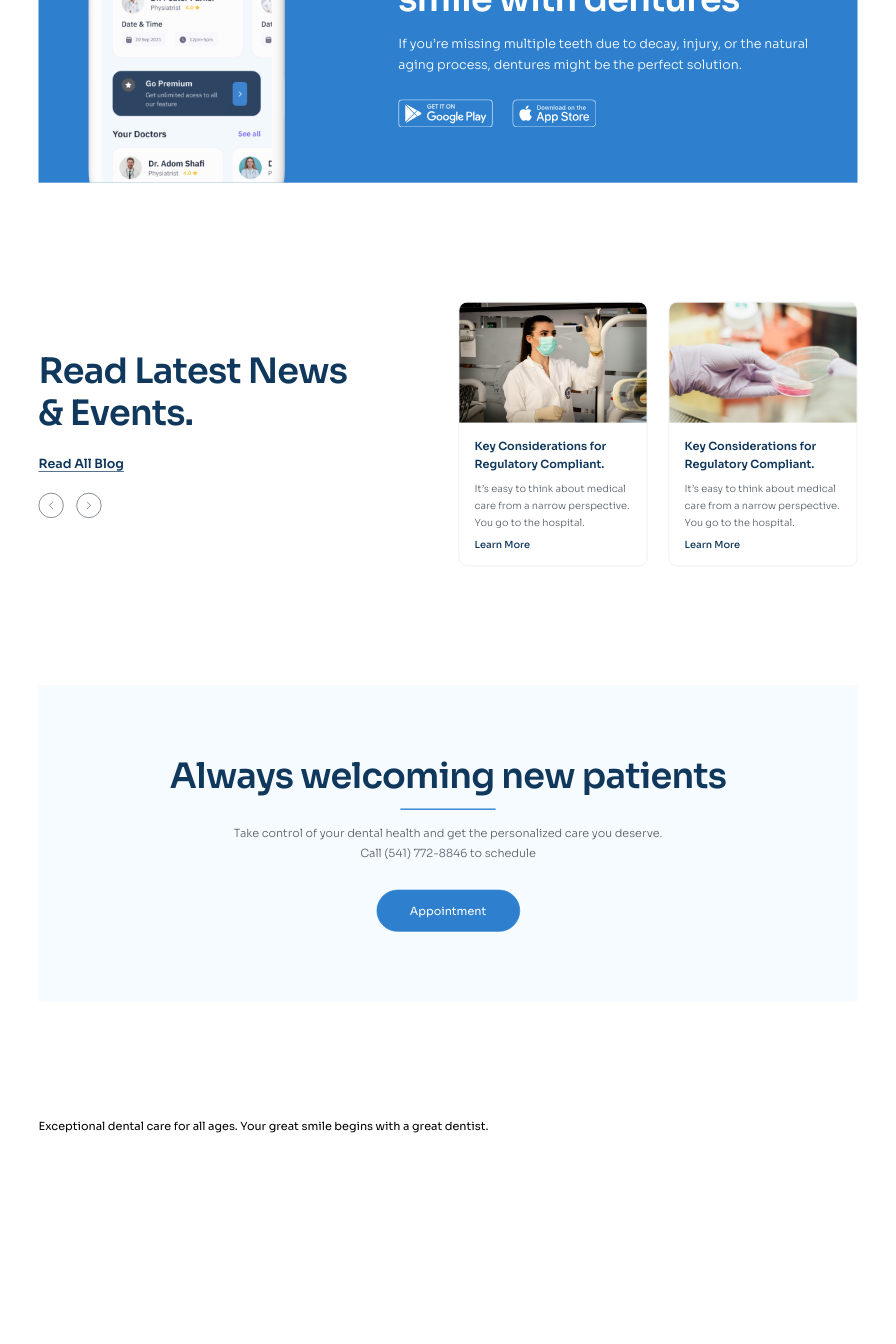
Repository: han2003dz/f8-project-03
Page: index.html
The author's editor kept a copy of each file at every save. The page is drawn from the files as they stood at one save, then again after the next save.
The browser window is 1280 px wide. The pictures show the part of the page from y = 4580 to 6500 px (the page is 8000 px tall), at 70% of full size.

Above is the page before, as saved 2023-05-09 00:02:31.

### index.html
<!DOCTYPE html>
<html lang="en">

<head>
    <meta charset="UTF-8">
    <meta http-equiv="X-UA-Compatible" content="IE=edge">
    <meta name="viewport" content="width=device-width, initial-scale=1.0">
    <title>Shine Smile</title>
    <!-- favicon -->
    <link rel="apple-touch-icon" sizes="57x57" href="./assets/favicon/apple-icon-57x57.png">
    <link rel="apple-touch-icon" sizes="60x60" href="./assets/favicon/apple-icon-60x60.png">
    <link rel="apple-touch-icon" sizes="72x72" href="./assets/favicon/apple-icon-72x72.png">
    <link rel="apple-touch-icon" sizes="76x76" href="./assets/favicon/apple-icon-76x76.png">
    <link rel="apple-touch-icon" sizes="114x114" href="./assets/favicon/apple-icon-114x114.png">
    <link rel="apple-touch-icon" sizes="120x120" href="./assets/favicon/apple-icon-120x120.png">
    <link rel="apple-touch-icon" sizes="144x144" href="./assets/favicon/apple-icon-144x144.png">
    <link rel="apple-touch-icon" sizes="152x152" href="./assets/favicon/apple-icon-152x152.png">
    <link rel="apple-touch-icon" sizes="180x180" href="./assets/favicon/apple-icon-180x180.png">
    <link rel="icon" type="image/png" sizes="192x192" href="./assets/favicon/android-icon-192x192.png">
    <link rel="icon" type="image/png" sizes="32x32" href="./assets/favicon/favicon-32x32.png">
    <link rel="icon" type="image/png" sizes="96x96" href="./assets/favicon/favicon-96x96.png">
    <link rel="icon" type="image/png" sizes="16x16" href="./assets/favicon/favicon-16x16.png">
    <link rel="manifest" href="./assets/favicon/manifest.json">
    <meta name="msapplication-TileColor" content="#ffffff">
    <meta name="msapplication-TileImage" content="./assets/favicon/ms-icon-144x144.png">
    <meta name="theme-color" content="#ffffff">
    <!-- embed font -->
    <link rel="preconnect" href="https://fonts.googleapis.com">
    <link rel="preconnect" href="https://fonts.gstatic.com" crossorigin>
    <link href="https://fonts.googleapis.com/css2?family=Sora:wght@300;400;500;600;700&display=swap" rel="stylesheet">
    <!-- my css -->
    <link rel="stylesheet" href="/assets/css/reset.css">
    <link rel="stylesheet" href="/assets/css/style.css">
</head>

<body style="height: 8000px;">
    <header class="header">
        <div class="container">
            <!-- nav -->
            <div class="navigation">
                <a href="#!">
                    <div class="logo">
                        <span class="logo__circle"></span>
                        <span class="logo__text">
                            <span class="logo__brand">shine</span>
                            <span class="logo__brand logo__brand--small">smile</span>
                        </span>
                    </div>
                </a>
                <nav class="navbar">
                    <ul class="nav__list">
                        <li class="nav__item">
                            <a href="#!" class="nav__link nav__link--active">Home</a>
                        </li>
                        <li class="nav__item">
                            <a href="#!" class="nav__link">Services</a>
                        </li>
                        <li class="nav__item">
                            <a href="#!" class="nav__link">About</a>
                        </li>
                        <li class="nav__item">
                            <a href="#!" class="nav__link">Doctors</a>
                        </li>
                    </ul>
                </nav>
                <!-- action -->
                <div class="header-action">
                    <a href="#!" class="header-action__login">Log In</a>
                    <button href="#!" class="header-action__sign-up btn">Sign Up</button>
                </div>
            </div>
            <!-- hero -->
            <section class="hero">
                <!-- hero content -->
                <div class="hero__content">
                    <h1 class="hero__heading">Exceptional dental care for all ages.</h1>
                    <p class="hero__desc">Exceptional dental care for all ages. Your great smile begins with a great
                        dentist.</p>
                    <div class="hero__row">
                        <a href="#!" class="btn hero__btn">Book Online</a>
                        <span class="hero__phone">or call (123) 456-7890</span>
                    </div>
                </div>
                <div class="hero__media">
                    <figure class="hero__images">
                        <img src="./assets/img/img1__hero.jpg" alt="" class="hero__img">
                        <img src="./assets/img/img2__hero.jpg" alt="" class="hero__img">
                    </figure>
                </div>

            </section>
        </div>
    </header>
    <main>
        <!-- service -->
        <div class="service">
            <div class="container">
                <h2 class="section-heading">Our services</h2>
                <p class="section-desc">Exceptional dental care for all ages. Your great smile begins with a great
                    dentist.</p>
                <div class="service__row">
                    <figure>
                        <img src="./assets/img/service-img3.jpg" alt="" class="service__img">
                    </figure>
                    <div>
                        <div class="service__list">
                            <!-- item 1 -->
                            <section class="service-item">
                                <div class="service-item__icon">
                                    <!-- icon -->
                                    <svg width="22" height="24" viewBox="0 0 22 24" fill="none"
                                        xmlns="http://www.w3.org/2000/svg">
                                        <path
                                            d="M20.3598 2.63964C17.9506 -0.556131 14.2772 -0.568132 11.2481 1.10682C11.001 1.24657 10.7219 1.31411 10.4406 1.30222C10.1592 1.29033 9.88633 1.19945 9.65105 1.03931C8.49552 0.245717 7.29036 -0.316477 5.13904 0.207462C0.623408 1.3071 0 4.90379 0 8.99816C0.0797353 12.1602 0.500857 15.3032 1.25551 18.3683C2.11836 22.0168 3.90382 24 5.43354 24C6.96326 24 7.00963 22.2204 7.00963 20.8016C7.00963 19.2009 7.39505 14.8009 10.8642 14.8009C13.5317 14.8009 14.3333 18.4013 14.3333 20.8016C14.3329 23.095 15.1722 24 16.6628 24C19.5267 24 20.9796 15.3938 21.3719 13.1237C21.7642 10.8535 22.9882 6.12569 20.3598 2.63964Z"
                                            fill="currentColor" />
                                    </svg>
                                </div>
                                <div class="service-item__body">
                                    <h3 class="service-item__heading">Oral Surgery</h3>
                                    <p class="service-item__desc">
                                        Everything you expect and then some. Cleanings, fillings, and x-rays.
                                    </p>
                                </div>
                            </section>
                            <!-- item 2 -->
                            <section class="service-item">
                                <div class="service-item__icon">
                                    <!-- icon -->
                                    <svg width="22" height="24" viewBox="0 0 22 24" fill="none"
                                        xmlns="http://www.w3.org/2000/svg">
                                        <path
                                            d="M20.3598 2.63964C17.9506 -0.556131 14.2772 -0.568132 11.2481 1.10682C11.001 1.24657 10.7219 1.31411 10.4406 1.30222C10.1592 1.29033 9.88633 1.19945 9.65105 1.03931C8.49552 0.245717 7.29036 -0.316477 5.13904 0.207462C0.623408 1.3071 0 4.90379 0 8.99816C0.0797353 12.1602 0.500857 15.3032 1.25551 18.3683C2.11836 22.0168 3.90382 24 5.43354 24C6.96326 24 7.00963 22.2204 7.00963 20.8016C7.00963 19.2009 7.39505 14.8009 10.8642 14.8009C13.5317 14.8009 14.3333 18.4013 14.3333 20.8016C14.3329 23.095 15.1722 24 16.6628 24C19.5267 24 20.9796 15.3938 21.3719 13.1237C21.7642 10.8535 22.9882 6.12569 20.3598 2.63964Z"
                                            fill="currentColor" />
                                    </svg>
                                </div>
                                <div class="service-item__body">
                                    <h3 class="service-item__heading">Wisdom Teeth Removal</h3>
                                    <p class="service-item__desc">
                                        Everything you expect and then some. Cleanings, fillings, and x-rays.
                                    </p>
                                </div>
                            </section>
                            <!-- item 3 -->
                            <section class="service-item">
                                <div class="service-item__icon">
                                    <!-- icon -->
                                    <svg width="22" height="24" viewBox="0 0 22 24" fill="none"
                                        xmlns="http://www.w3.org/2000/svg">
                                        <path
                                            d="M20.3598 2.63964C17.9506 -0.556131 14.2772 -0.568132 11.2481 1.10682C11.001 1.24657 10.7219 1.31411 10.4406 1.30222C10.1592 1.29033 9.88633 1.19945 9.65105 1.03931C8.49552 0.245717 7.29036 -0.316477 5.13904 0.207462C0.623408 1.3071 0 4.90379 0 8.99816C0.0797353 12.1602 0.500857 15.3032 1.25551 18.3683C2.11836 22.0168 3.90382 24 5.43354 24C6.96326 24 7.00963 22.2204 7.00963 20.8016C7.00963 19.2009 7.39505 14.8009 10.8642 14.8009C13.5317 14.8009 14.3333 18.4013 14.3333 20.8016C14.3329 23.095 15.1722 24 16.6628 24C19.5267 24 20.9796 15.3938 21.3719 13.1237C21.7642 10.8535 22.9882 6.12569 20.3598 2.63964Z"
                                            fill="currentColor" />
                                    </svg>
                                </div>
                                <div class="service-item__body">
                                    <h3 class="service-item__heading">Preventative Dentistry</h3>
                                    <p class="service-item__desc">
                                        Everything you expect and then some. Cleanings, fillings, and x-rays.
                                    </p>
                                </div>
                            </section>
                        </div>
                        <a href="" class="btn service__btn">All Services</a>
                    </div>
                </div>
            </div>
        </div>
        <section class="work">
            <div class="container">
                <h2 class="section-heading heading__work">How it works</h2>
                <p class="section-desc desc__work">Exceptional dental care for all ages. Your great smile begins with a
                    great dentist.
                </p>
                <div class="work__list">
                    <!-- item 1 -->
                    <section class="work-item">
                        <img src="./assets/icon/search.svg" alt="" class="work-item__icon">
                        <h3 class="work-item__heading">Search doctor</h3>
                        <p class="work-item__desc">Search a doctor by education, qualifications or experience-contact
                            for inquiry.
                        </p>
                        <a href="#!" class="learn-more">Learn More</a>
                    </section>
                    <!-- item 2 -->
                    <section class="work-item">
                        <img src="./assets/icon/search-user.svg" alt="" class="work-item__icon">
                        <h3 class="work-item__heading">Find best doctor</h3>
                        <p class="work-item__desc">Search a doctor by education, qualifications or experience-contact
                            for inquiry.
                        </p>
                        <a href="#!" class="learn-more">Learn More</a>
                    </section>
                    <!-- item 3 -->
                    <section class="work-item">
                        <img src="./assets/icon/bag.svg" alt="" class="work-item__icon">
                        <h3 class="work-item__heading">Get treatment</h3>
                        <p class="work-item__desc">Search a doctor by education, qualifications or experience-contact
                            for inquiry.
                        </p>
                        <a href="#!" class="learn-more">Learn More</a>
                    </section>
                </div>
            </div>
        </section>
        <!-- feature -->
        <section class="feature">
            <div class="container">
                <div class="feature-body">
                    <div class="feature__media">
                        <figure class="feature__images">
                            <img src="./assets/img/feature-img1.jpg" alt="" class="feature__img">
                            <img src="./assets/img/feature-img2.jpg" alt="" class="feature__img">
                        </figure>
                    </div>
                    <section class="feature__content">
                        <h2 class="section-heading">Take back your smile with shine.</h2>
                        <p class="section-desc">If you’re missing multiple teeth due to decay, injury, or the natural
                            aging
                            process, dentures might be the perfect solution.
                        </p>
                        <a href="#!" class="btn feature__cta">Learn More</a>
                    </section>
                </div>
            </div>
        </section>
        <section class="member">
            <div class="container">
                <header class="member__header">
                    <h2 class="section-heading member__heading">Our virtual dentist</h2>
                    <a href="#!" class="btn member__cta">Meet our dentist</a>
                </header>
                <div class="member__list">
                    <!-- item 1 -->
                    <article class="member-item">
                        <div class="member-item__img-bg">
                            <img src="./assets/img/dr1.png" alt="Dr. Essence Page" class="member__img">
                        </div>
                        <h3 class="member-item__name">Dr. Essence Page</h3>
                        <p class="member-item__desc">DDS, California - Linda University</p>
                    </article>
                    <!-- item 2 -->
                    <article class="member-item">
                        <div class="member-item__img-bg">
                            <img src="./assets/img/dr2.png" alt="Dr. Essence Page" class="member__img">
                        </div>
                        <h3 class="member-item__name">Dr. Essence Page</h3>
                        <p class="member-item__desc">DDS, California - Linda University</p>
                    </article>
                    <!-- item 3 -->
                    <article class="member-item">
                        <div class="member-item__img-bg">
                            <img src="./assets/img/dr3.png" alt="Dr. Essence Page" class="member__img">
                        </div>
                        <h3 class="member-item__name">Dr. Essence Page</h3>
                        <p class="member-item__desc">DDS, California - Linda University</p>
                    </article>
                    <!-- item 4 -->
                    <article class="member-item">
                        <div class="member-item__img-bg">
                            <img src="./assets/img/dr4.png" alt="Dr. Essence Page" class="member__img">
                        </div>
                        <h3 class="member-item__name">Dr. Essence Page</h3>
                        <p class="member-item__desc">DDS, California - Linda University</p>
                    </article>
                </div>
                <div class="control">
                    <!-- previous -->
                    <button class="control__btn">
                        <svg width="6" height="12" viewBox="0 0 6 12" fill="none" xmlns="http://www.w3.org/2000/svg">
                            <path d="M5.5 1L0.5 6L5.5 11" stroke="currentColor" stroke-linecap="round"
                                stroke-linejoin="round" />
                        </svg>
                    </button>
                    <!-- next -->
                    <button class="control__btn">
                        <svg class="control-next" width="6" height="12" viewBox="0 0 6 12" fill="none"
                            xmlns="http://www.w3.org/2000/svg">
                            <path d="M5.5 1L0.5 6L5.5 11" stroke="currentColor" stroke-linecap="round"
                                stroke-linejoin="round" />
                        </svg>
                    </button>
                </div>
            </div>
        </section>
        <!-- install -->
        <section class="install">
            <div class="container">
                <div class="install__inner">
                    <figure>
                        <img src="./assets/img/install-img.png" alt="" class="install__img">
                    </figure>
                    <div class="install__content">
                        <h2 class="install-heading section-heading">Take back your smile with dentures</h2>
                        <p class="install-desc section-desc">If you’re missing multiple teeth due to decay, injury, or
                            the natural aging process, dentures might be the perfect solution.
                        </p>
                        <div class="install__row">
                            <a href="#!">
                                <img src="./assets/icon/google-play.svg" alt="" class="install__icon">
                            </a>
                            <a href="#!">
                                <img src="./assets/icon/app-store.svg" alt="" class="install__icon">
                            </a>
                        </div>
                    </div>
                </div>
            </div>
        </section>
        <!-- new -->
        <section class="new">
            <div class="container">
                <div class="new__body">
                    <section class="new__content">
                        <h2 class="section-heading">
                            Read Latest News & Events.
                        </h2>
                        <a href="#!" class="new__more">Read All Blog</a>
                        <div class="control">
                            <!-- previous -->
                            <button class="control__btn">
                                <svg width="6" height="12" viewBox="0 0 6 12" fill="none"
                                    xmlns="http://www.w3.org/2000/svg">
                                    <path d="M5.5 1L0.5 6L5.5 11" stroke="currentColor" stroke-linecap="round"
                                        stroke-linejoin="round" />
                                </svg>
                            </button>
                            <!-- next -->
                            <button class="control__btn">
                                <svg class="control-next" width="6" height="12" viewBox="0 0 6 12" fill="none"
                                    xmlns="http://www.w3.org/2000/svg">
                                    <path d="M5.5 1L0.5 6L5.5 11" stroke="currentColor" stroke-linecap="round"
                                        stroke-linejoin="round" />
                                </svg>
                            </button>
                        </div>
                    </section>
                    <div class="new__list">
                        <article class="new-item">
                            <figure>
                                <img src="./assets/img/new-img1.jpg" alt="" class="new-item__img">
                            </figure>
                            <section class="new-item__body">
                                <h4 class="new__item-heading">Key Considerations for Regulatory Compliant.</h4>
                                <p class="new__item-desc">It’s easy to think about medical care from a narrow
                                    perspective. You go to the hospital.</p>
                                <a href="#!" class="new__learn-more">Learn More</a>
                            </section>
                        </article>
                        <article class="new-item">
                            <figure>
                                <img src="./assets/img/new-img2.jpg" alt="" class="new-item__img">
                            </figure>
                            <section class="new-item__body">
                                <h4 class="new__item-heading">Key Considerations for Regulatory Compliant.</h4>
                                <p class="new__item-desc">It’s easy to think about medical care from a narrow
                                    perspective. You go to the hospital.</p>
                                <a href="#!" class="new__learn-more">Learn More</a>
                            </section>
                        </article>
                    </div>
                </div>
            </div>
        </section>
        <!-- appointment -->
        <section class="appointment">
            <div class="container">
                <div class="appointment__inner">
                    <h2 class="appointment-heading section-heading">
                        Always welcoming new patients
                    </h2>
                    <p class="appointment-desc section-desc">Take control of your dental health and get the personalized
                        care you
                        deserve. Call (541) 772-8846 to schedule
                    </p>
                    <a href="#!" class="appointment-btn btn">Appointment</a>
                </div>
            </div>
        </section>
    </main>
    <!-- footer -->
    <footer class="footer">
        <div class="container">
            <div class="footer__row">
                <div class="footer__col">
                    <p class="footer__desc">Exceptional dental care for all ages. Your great smile begins with a great
                        dentist.
                    </p>
                </div>
                <div class="footer__col"></div>
                <div class="footer__col"></div>
                <div class="footer__col"></div>
            </div>
        </div>
    </footer>
    <script src="./assets/app.js"></script>
</body>

</html>

Loaded but not shown: assets/css/reset.css (common file); assets/app.js (7 lines, source omitted); assets/css/style.css (638 lines, source omitted)

After the next save:
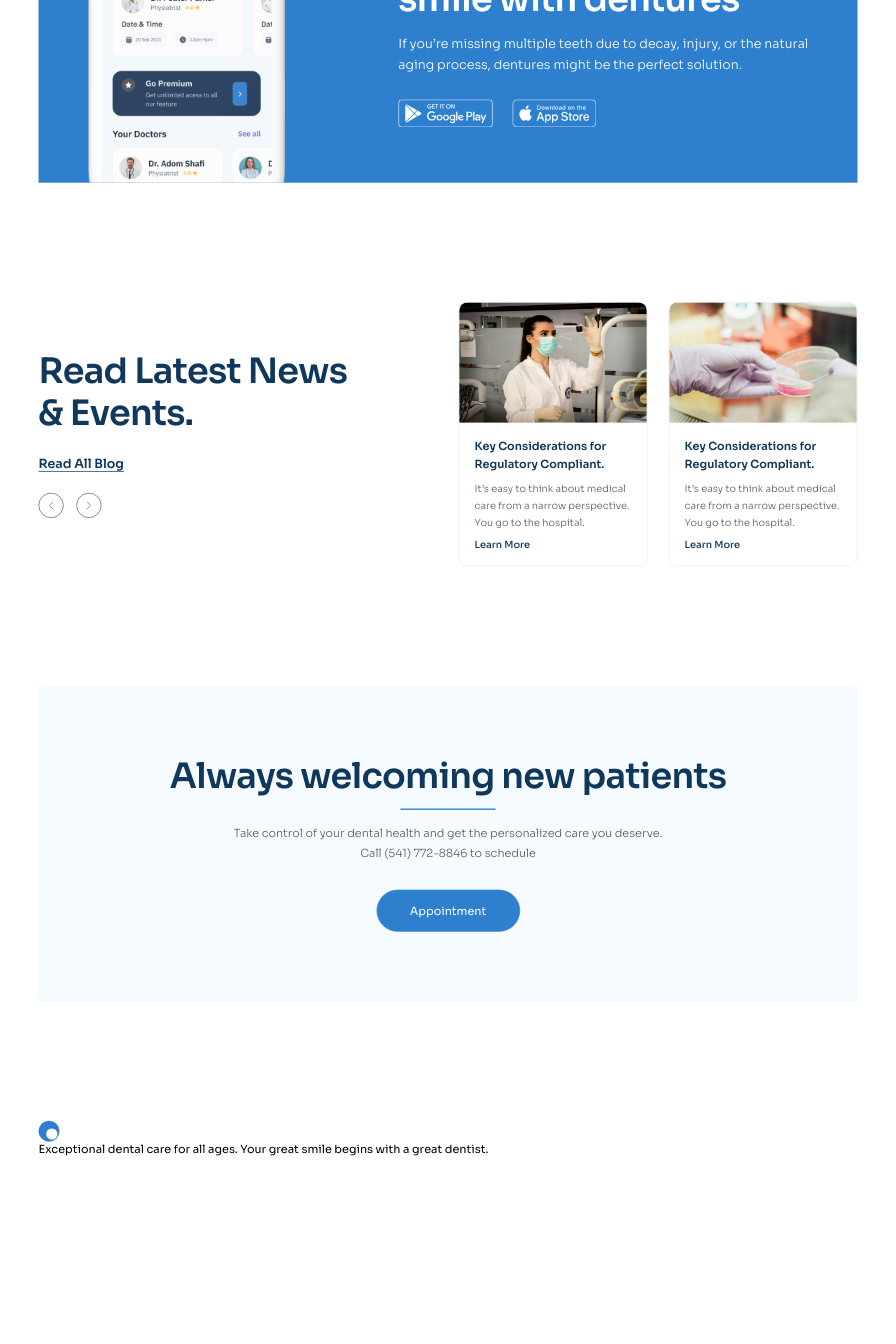
Saved 87 s later.
--- a/index.html
+++ b/index.html
@@ -381,6 +381,15 @@
         <div class="container">
             <div class="footer__row">
                 <div class="footer__col">
+                    <a href="#!">
+                        <div class="logo">
+                            <span class="logo__circle"></span>
+                            <span class="logo__text">
+                                <span class="logo__brand">shine</span>
+                                <span class="logo__brand logo__brand--small">smile</span>
+                            </span>
+                        </div>
+                    </a>
                     <p class="footer__desc">Exceptional dental care for all ages. Your great smile begins with a great
                         dentist.
                     </p>
